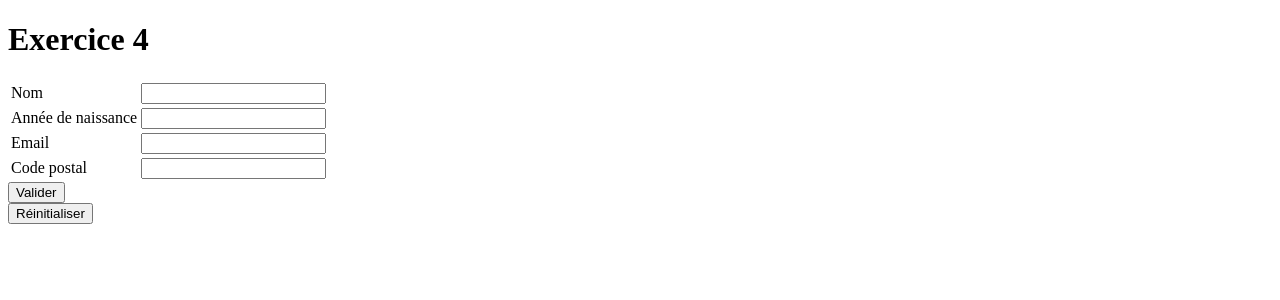
Repository: AgatheLM/formation_js
Page: insee-travaux-js/insee-client-js/exo4.html
These files come from the project's save history. The page is drawn as it stood at one moment and after the next save; the edit follows.
The browser window is 1280 px wide. The pictures show the whole page.

Above is the page before, as saved 2018-01-24 15:34:30.

### insee-travaux-js/insee-client-js/exo4.html
<!DOCTYPE html>
<html>
<head>
	<meta charset="utf-8">
	<meta http-equiv="X-UA-Compatible" content="IE=edge">
	<title>Exercice 4</title>
	<script type="text/javascript" src="scripts/exo4.js"></script>
</head>

<body>
	<h1>Exercice 4</h1>

	<form method="post" action="" onsubmit="return verifForm()">
		<table>
			<tr>
				<!-- Un champ « nom » : Ce champ doit être obligatoire -->
				<td><label for="nom"> Nom </label></td>
				<td><input type="text" name="nom" id="nom" /></td>
				<td><label id="erreur_nom" style="color:red"></label></td>
			</tr>
			<tr>
				<!-- Un champ « annee_naissance » : Ce champ s’il est renseigné ne doit accepter que des nombres numériques -->
				<td><label for="an"> Année de naissance </label></td>
				<td><input type="text" name="an" id="an" /></td>
				<td><label id="erreur_an" style="color:red"></label></td>
			</tr>
			<tr>
				<!-- Un champ email : Si ce champ est renseigné l’email doit être valide avant de perdre le focus -->
				<td><label for="email"> Email </label></td>
				<td><input type="text" name="email" id="email" onblur="isEmailValide()" /></td>
				<td><label id="erreur_email" style="color:red"></label></td>
			</tr>
			<tr>
				<!-- Un champ code postal : le code Postal doit être un nombre à 5 chiffres s’il est renseigné. -->
				<td><label for="cp"> Code postal </label></td>
				<td><input type="text" name="cp" id="cp" onKeyUp="isNumber()" /></td>
				<td><label id="erreur_cp" style="color:red"></label></td>
			</tr>
		</table>
		<input type="submit" value="Valider" /><br>
		<input type="reset" value="Réinitialiser"  onClick="reinit_form()"/><br>


	</form>
</body>
</html>

### insee-travaux-js/insee-client-js/scripts/exo4.js


/*************************
* Exercice 4             *
*************************/

	function verifForm(){
		try{
			var nom = document.getElementById("nom").value;
			var an = document.getElementById("an").value;
			var email = document.getElementById("email").value;
			var cp = document.getElementById("cp").value;
			var ok=true;
			erreur_nom.innerHTML="";
			erreur_an.innerHTML="";
			erreur_email.innerHTML="";
			erreur_cp.innerHTML="";
			//Un champ « nom » : Ce champ doit être obligatoire
			if (nom==''){
				erreur_nom.innerHTML="Le nom doit être renseigné";
				ok=false
			}
			//Un champ « annee_naissance » : Ce champ s’il est renseigné ne doit accepter que des nombres numériques
			if (!isAnValide(an)){
				erreur_an.innerHTML="Année de naissance non valide";
				ok=false
			}

			//Un champ email : Si ce champ est renseigné l’email doit être valide avant de perdre le focus
			if (!isEmail(email)){
				erreur_email.innerHTML="Email invalide";
				ok=false
			}
			//Un champ code postal : le code Postal doit être un nombre à 5 chiffres s’il est renseigné.
			if (cp.length!=5){
				erreur_cp.innerHTML='CP non valide';
				ok=false
			}
			if (ok==true){
				reinit_form();
			}

		return ok;
		}catch(e){
			console.log(e);
		}
	}

	 function isEmail(myVar){
	     // La 1ère étape consiste à définir l'expression régulière d'une adresse email
	     var regEmail = new RegExp('^[0-9a-z._-]+@{1}[0-9a-z.-]{2,}[.]{1}[a-z]{2,5}$','i');

	     return regEmail.test(myVar);
	   }

	 function isNumber(){
		 var cp = document.getElementById("cp").value;
		 var last = cp.charAt(cp.length-1);
		 if (isNaN(parseInt(last))){
			 	document.getElementById("cp").value=cp.substr(0,cp.length-1);
				erreur_cp.innerHTML='Il faut saisir un chiffre';
			}else{
				erreur_cp.innerHTML='';
			}

	   }

	 function isEmailValide(){
		 var email = document.getElementById("email").value;
		 if (!isEmail(email)){
				erreur_email.innerHTML="Email invalide";
		}else{
			erreur_email.innerHTML="";
		}
	   }

	 function isAnValide(an){
		var today=new Date();
		var annee = today.getFullYear();
		 if (isNaN(parseInt(an))){
				erreur_an.innerHTML="Année de naissance non valide";
				return false;
			}else if (an>annee){
				erreur_an.innerHTML="Année de naissance non valide";
				return false;
			}else{
				return true;
			}
	   }


	 function reinit_form(){
		 erreur_nom.innerHTML="";
		 erreur_email.innerHTML="";
		 erreur_an.innerHTML="";
		 erreur_cp.innerHTML="";
	 }

After the next save:
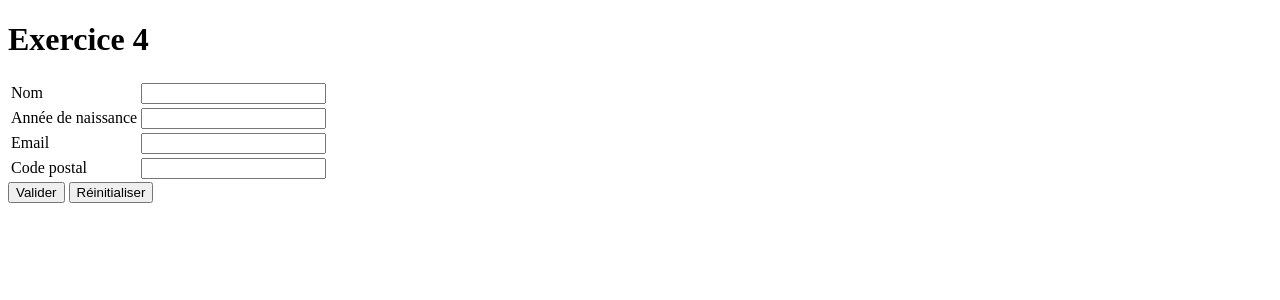
Saved 9 min 4 s later.
--- a/insee-travaux-js/insee-client-js/exo4.html
+++ b/insee-travaux-js/insee-client-js/exo4.html
@@ -37,7 +37,7 @@
 				<td><label id="erreur_cp" style="color:red"></label></td>
 			</tr>
 		</table>
-		<input type="submit" value="Valider" /><br>
+		<input type="submit" value="Valider" />
 		<input type="reset" value="Réinitialiser"  onClick="reinit_form()"/><br>
 
 
